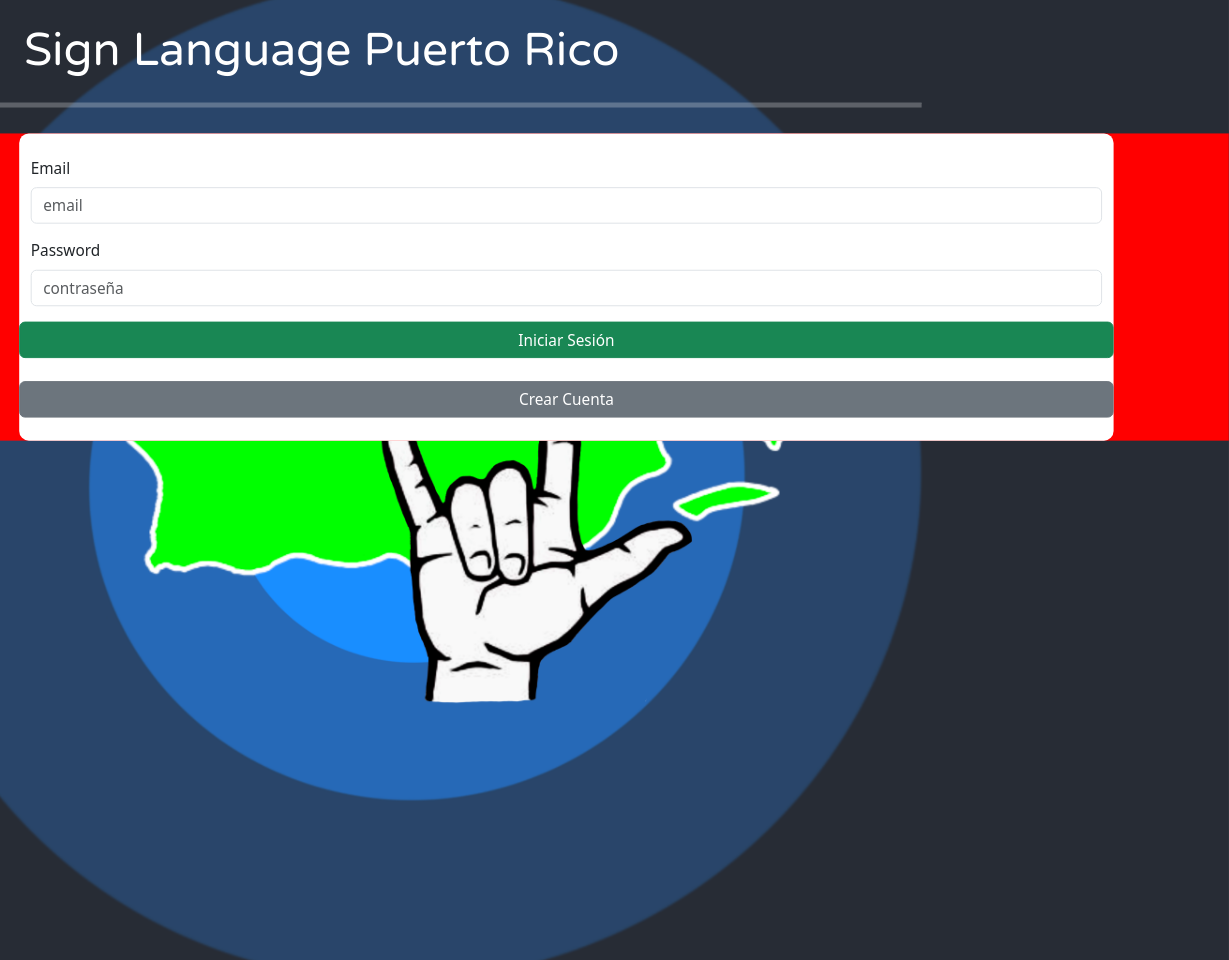
Repository: Dav1497/sign-language-pr
Page: /
An editor plug-in stored every save of this project. The page is shown before and after the next save, followed by the edit.
The browser window is 1280 px wide. The pictures show the whole page, at 96% of full size.
The project was rebuilt for these pictures with package versions that can differ from the ones it lists, and the page was loaded fresh each time.

Above is the page before, as saved 2021-02-26 23:56:34.

### src/index.js
import React from 'react';
import ReactDOM from 'react-dom';
import './index.css';
// import App from './App';
import reportWebVitals from './reportWebVitals';
import Login from './Login';
import 'bootstrap/dist/css/bootstrap.min.css';

ReactDOM.render(
  <React.StrictMode>
    <Login />
  </React.StrictMode>,
  document.getElementById('root')
);

// If you want to start measuring performance in your app, pass a function
// to log results (for example: reportWebVitals(console.log))
// or send to an analytics endpoint. Learn more: https://bit.ly/CRA-vitals
reportWebVitals();

### src/Login.js
import React, { useReducer, useState } from "react";
import './Login.css';
import { Input, FormGroup, Label, Form, Container, Button, Col, Row} from 'reactstrap';



function Login() {

  return (


      <div className="bg">

<h1 className="nombre"  style={{fontFamily:"Varela Round"}}>Sign Language Puerto Rico</h1>
<hr className="linea"></hr>
<br></br>
<br></br>

<div className="contenedor">


<Container className="caja" >

<Form className="form" >
  <br>
  </br>
          <Col>
            <FormGroup inline>
              <Label>Email</Label>
              <Input
                type="email"
                name="email"

                id="exampleEmail"
                placeholder="email"

              />
            </FormGroup>
          </Col>
          <Col>
            <FormGroup inline>
              <Label for="examplePassword">Password</Label>
              <Input
                type="password"
                name="password"

                id="examplePassword"
                placeholder="contraseña"

              />
            </FormGroup>
          </Col>
          <Col>
          <div className="text-center">


         <Row>
         <Button  className="verde" color="success" type="submit"  >Iniciar Sesión</Button>
             </Row>
             <br>
             </br>
             <Row>
          <Button  className="naranja"  >Crear Cuenta</Button>
          </Row>

          </div>
          </Col>
        </Form>
<br>
</br>
      </Container>

      </div>
      </div>


  );
}

export default Login;

### src/Login.css
@import url('//fonts.googleapis.com/css?family=Varela+Round');

.bg{
    background-color: rgba(40, 44, 52, 1);
    background-image: url("./images/bg.png");
    background-repeat: no-repeat;
  background-size: cover;

   height: 1000px;
  /* width: 1000px;  */
}



.linea{
    color: white;
    background-color: white;
    height: 5px;
    width: 75%;
    float: left;
}

.nombre{
    color: white;
    font-family: "Varela Round";
    padding: 25px;
    padding-bottom: 0px;
    font-size: 3em;
}

.caja{
    background-color: rgba(255, 255, 255, 1);
    border-radius: 10px;
    width: 25%;
}

.naranja{
    color: white;
    background-color: rgba(224, 111, 63, 1);
    font-family: "Varela Round";
}

.naranja:hover {
    color: white;
    background-color:  rgb(197, 97, 54);
}

.verde{
    font-family: "Varela Round";
}

/* @media (min-width: 1200px) {
    .container{
        max-width: 500px;

    }
} */

.contenedor{

    width: 100%;
    padding-right: 100px;
    background-color: red;

}

Loaded but not shown: public/index.html (common file); src/index.css (common file); src/reportWebVitals.js (common file)

After the next save:
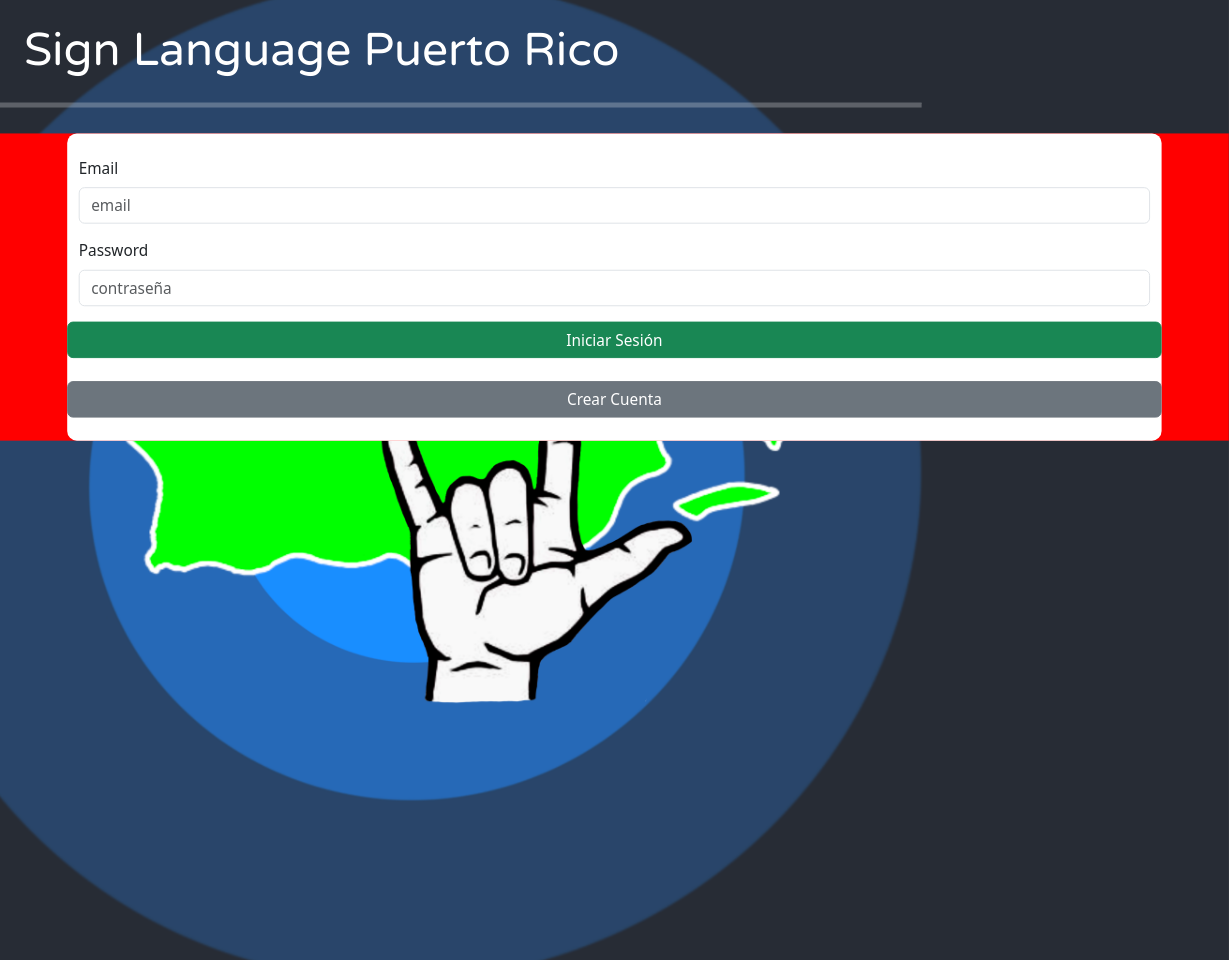
Saved 11 min 28 s later.
--- a/src/Login.css
+++ b/src/Login.css
@@ -59,7 +59,7 @@
 .contenedor{
 
     width: 100%;
-    padding-right: 100px;
+    /* padding-right: 100px; */
     background-color: red;
 
 }
